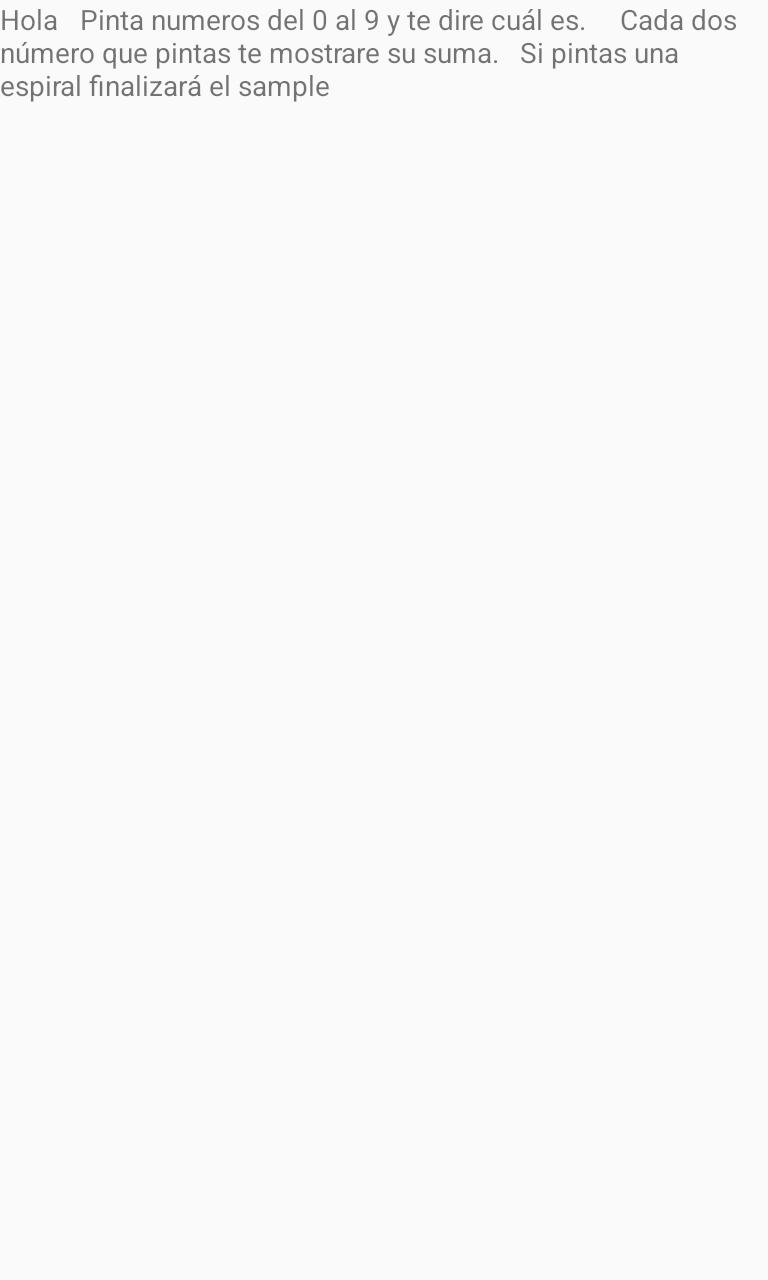
Repository: Jick9536/NPI-P3
Layout: Gesto2/res/layout/activity_main_activity2.xml
An editor plug-in stored every save of this project. The layout is shown before and after the next save, followed by the edit.
It is drawn on a 768 x 1280 px phone screen (xhdpi) without system bars, with theme AppTheme; the app's code is not run.

Above is the layout before, as saved 2015-01-03 18:54:18.

### Gesto2/res/layout/activity_main_activity2.xml
<?xml version="1.0" encoding="utf-8"?>
<LinearLayout xmlns:android="http://schemas.android.com/apk/res/android"
android:orientation="vertical"
android:layout_width="match_parent"
android:layout_height="match_parent"
>
<android.gesture.GestureOverlayView
android:id="@+id/gestures"
android:layout_width="fill_parent"
android:layout_height="0dip"
android:layout_weight="1.0" />

<TextView
android:layout_width="match_parent"
android:layout_height="match_parent"
android:text="Hola
	Pinta numeros del 0 al 9 y te dire cuál es.
	Cada dos número que pintas te mostrare su suma.
	Si pintas una espiral finalizará el sample" />

</LinearLayout>

Loaded but not shown: Gesto2/res/values/styles.xml (common file); Gesto2/res/values-v11/styles.xml (common file); Gesto2/res/values-v14/styles.xml (common file)

After the next save:
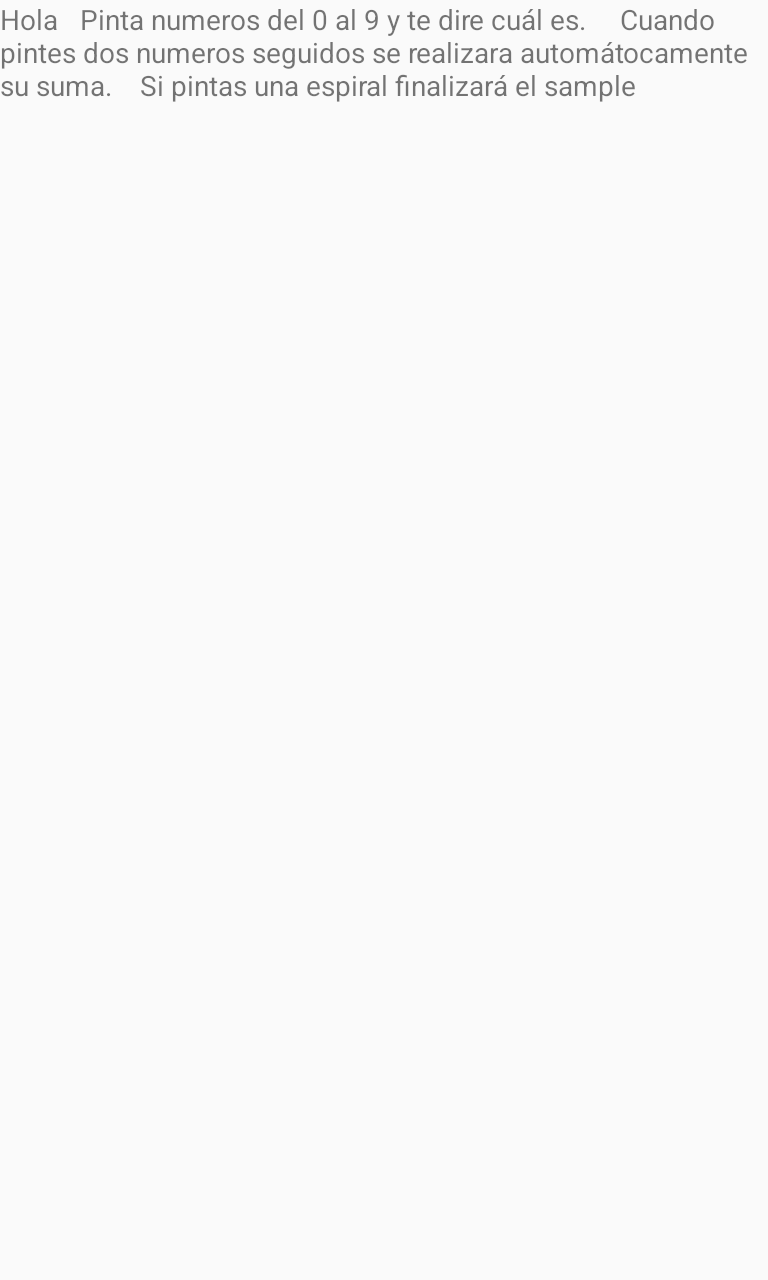
Saved 48 s later.
--- a/Gesto2/res/layout/activity_main_activity2.xml
+++ b/Gesto2/res/layout/activity_main_activity2.xml
@@ -15,7 +15,7 @@ android:layout_width="match_parent"
 android:layout_height="match_parent"
 android:text="Hola
 	Pinta numeros del 0 al 9 y te dire cuál es.
-	Cada dos número que pintas te mostrare su suma.
+	Cuando pintes dos numeros seguidos se realizara automátocamente su suma.
 	Si pintas una espiral finalizará el sample" />
 
 </LinearLayout>
